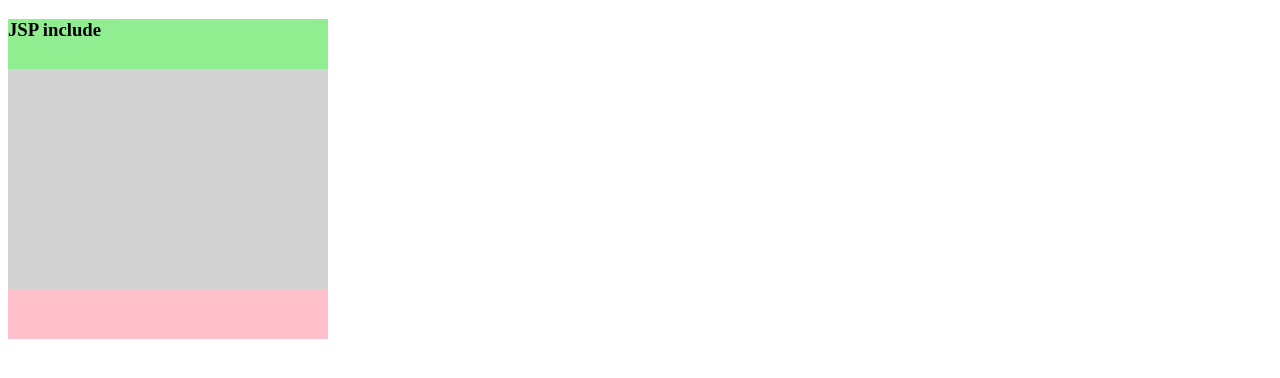
Repository: kimjaejoo/Tacademy
Page: http://localhost/Hello/2_include.jsp
The author's editor kept a copy of each file at every save. The page is drawn from the files as they stood at one save, then again after the next save.
The browser window is 1280 px wide. The pictures show the whole page.
The page is served by Tomcat 9. Nobody is signed in. The application's start-up code is not run.

Above is the page before, as saved 2016-11-01 01:36:22.

After the next save:
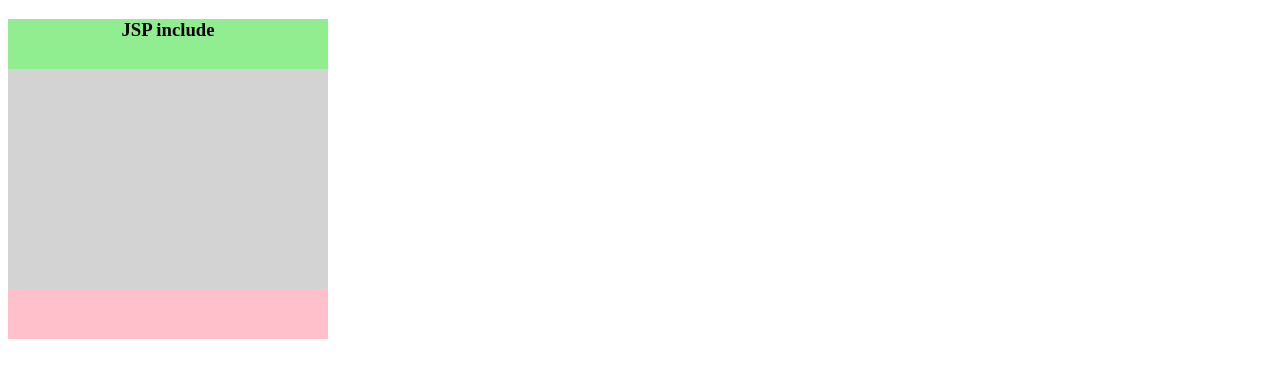
Saved 29 s later.
--- a/Hello/WebContent/2_include.jsp
+++ b/Hello/WebContent/2_include.jsp
@@ -14,7 +14,7 @@
 		width: 320px; height: 320px;
 	}
 	#header{
-		width: 100%; height: 50px; background: lightgreen;
+		width: 100%; height: 50px; background: lightgreen; text-align: center;
 	}
 	#contents{
 		width: 100%; height: 220px; background: lightgrey;
